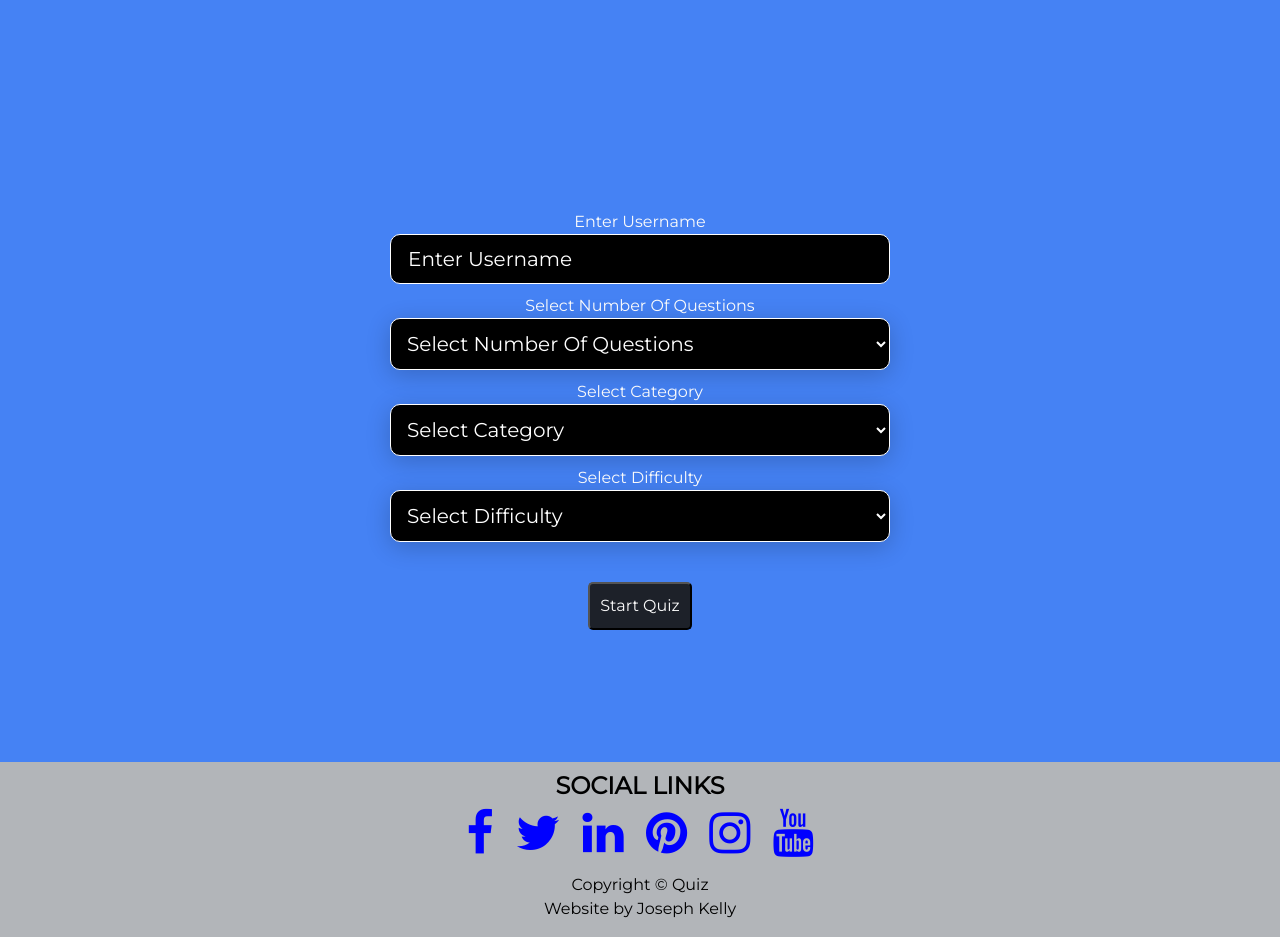
Repository: Code-Institute-Submissions/quiz-1
Page: load.html
The author's editor kept a record of every edit. The page is drawn from the files as they stood at one moment, then again after the next edit.
The browser window is 1280 px wide. The pictures show the whole page.

Above is the page before.

After the next edit:
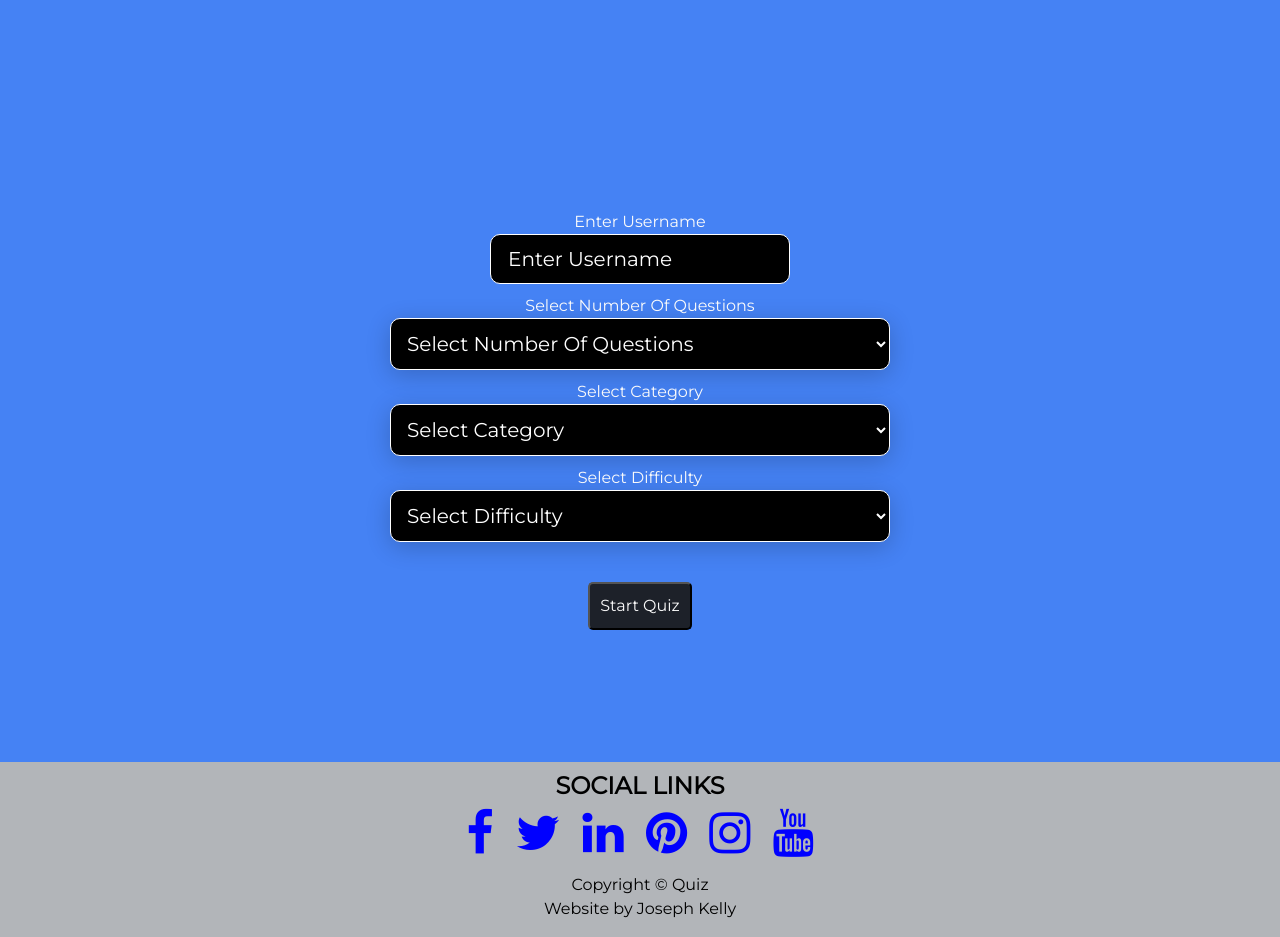
The edit:
--- a/assets/css/style.css
+++ b/assets/css/style.css
@@ -224,7 +224,7 @@
 }
 
 .username {
-  width: 40%;
+  width: 300px;
   display: block;
   margin-left: auto;
   margin-right: auto;
